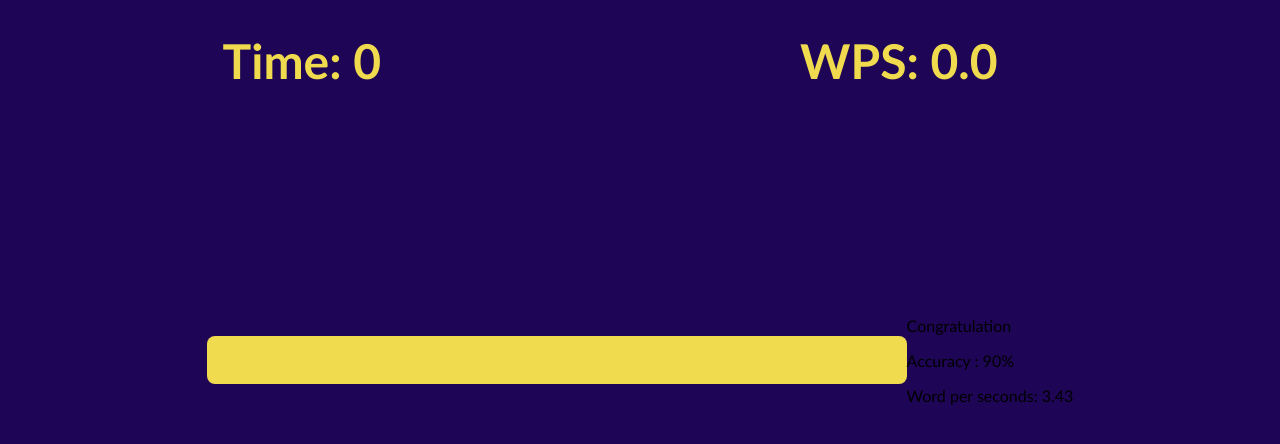
Repository: KhangNguyenIU/Vanilajs-TypingSpeed
Page: index.html
These files come from the project's save history. The page is drawn as it stood at one moment and after the next save; the edit follows.
The browser window is 1280 px wide. The pictures show the whole page.
The page's requests for data from a server got no answer.

Above is the page before, as saved 2021-10-15 11:10:26.

After the next save:
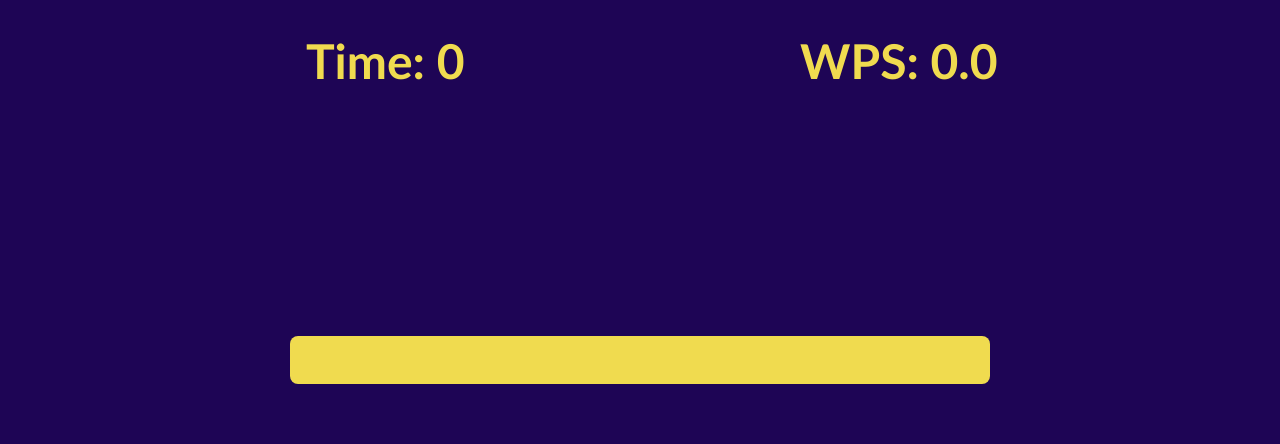
Saved 23 s later.
--- a/style.css
+++ b/style.css
@@ -31,10 +31,23 @@
     left: 0;
     right: 0;
     bottom: 0;
-    background-color: rgba(0, 0, 0, .5);
+    background-color: rgba(0, 0, 0, .5  );
     pointer-events: none;
   }
 
+  .modal {
+    position: fixed;
+    top: 50%;
+    left: 50%;
+    transform: translate(-50%, -50%) scale(0);
+    transition: 200ms ease-in-out;
+    border: 1px solid black;
+    border-radius: 10px;
+    z-index: 10;
+    background-color: white;
+    width: 500px;
+    max-width: 80%;
+  }
   .timer {
     position: absolute;
     top: 2rem;
